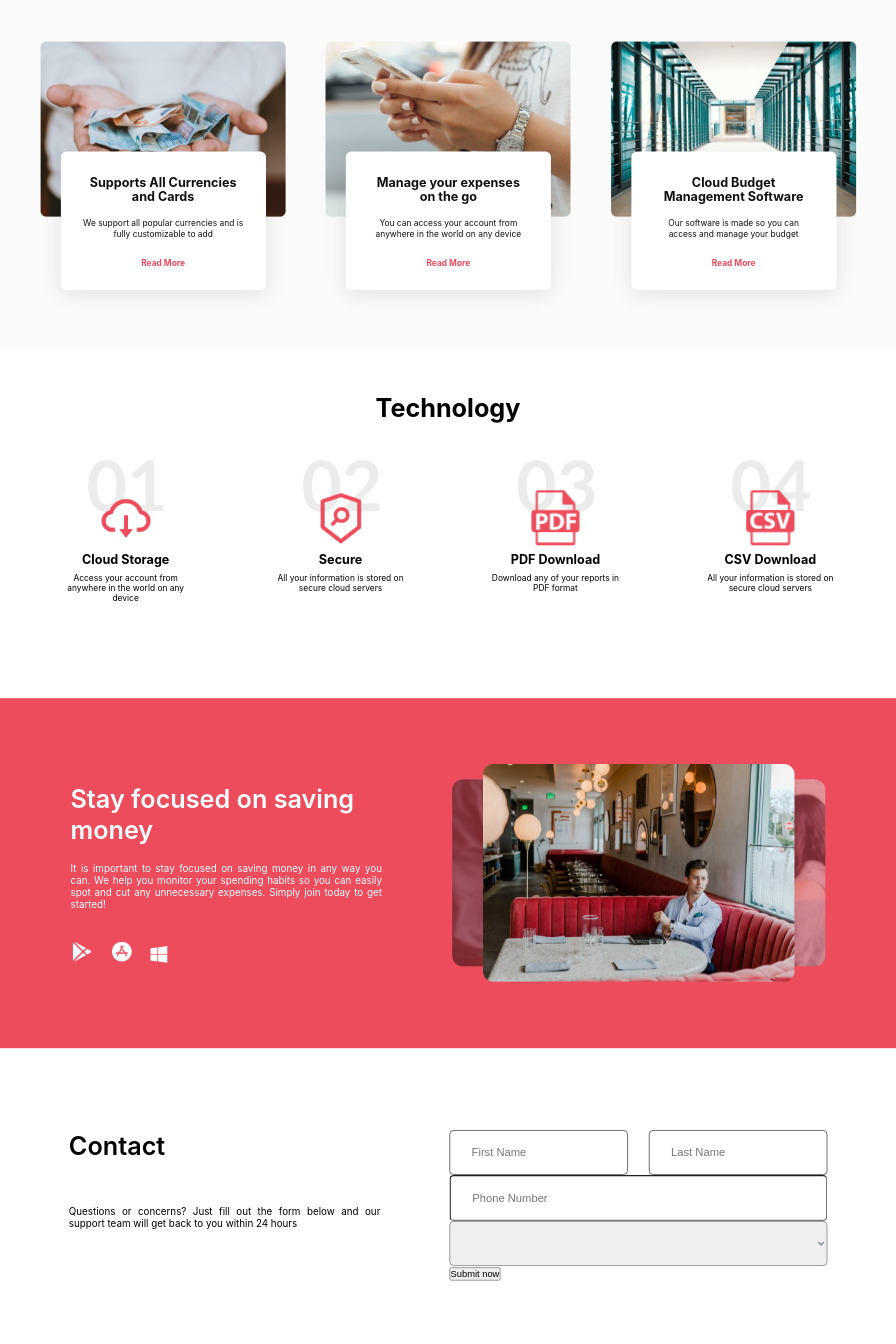
Repository: Ola-22/cloudBudget
Page: /
These files come from the project's save history. The page is drawn as it stood at one moment and after the next save; the edit follows.
The browser window is 1280 px wide. The pictures show the part of the page from y = 1478 to 3398 px (the page is 3398 px tall), at 70% of full size.
The project was rebuilt for these pictures with package versions that can differ from the ones it lists, and the page was loaded fresh each time.

Above is the page before, as saved 2021-09-14 11:31:46.

After the next save:
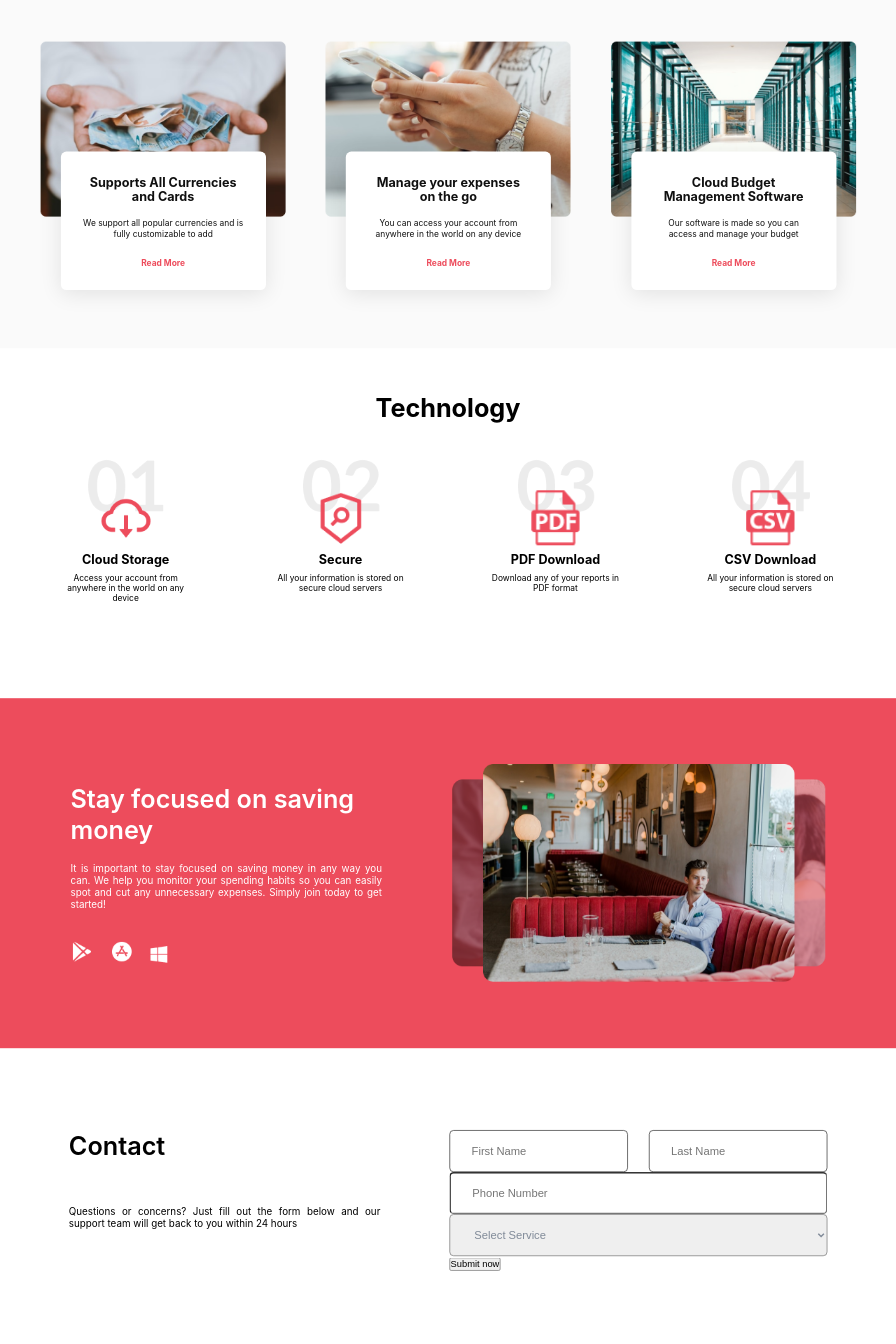
Saved 2 min 53 s later.
--- a/src/Components/Contact/style.scss
+++ b/src/Components/Contact/style.scss
@@ -25,7 +25,7 @@
        border-radius: 6px;
        font-size: 16px;
        color: rgba(19,39,67,0.5);
-       padding: 31px;
+       padding-left: 31px;
        outline: none;
     }
 
